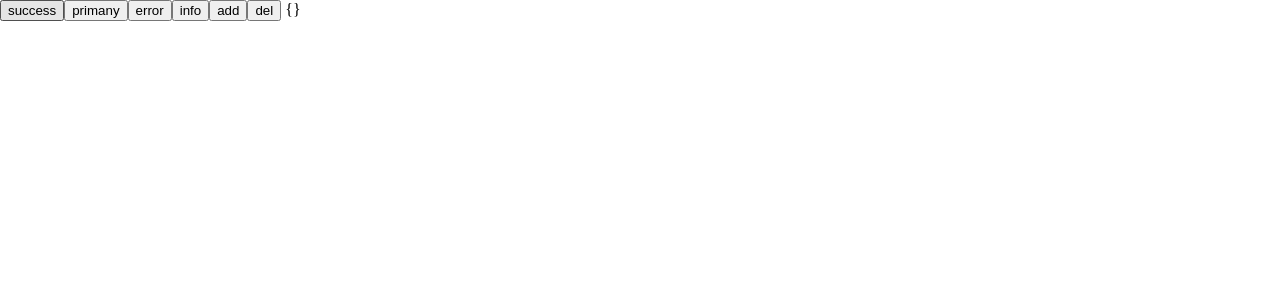
Repository: loooseFish/Jenkins_Case
Page: /
An editor plug-in stored every save of this project. The page is shown before and after the next save, followed by the edit.
The browser window is 1280 px wide. The pictures show the whole page.
The project was rebuilt for these pictures with package versions that can differ from the ones it lists, and the page was loaded fresh each time. Also part of the build but not shown: vue.config.js.

Above is the page before, as saved 2024-05-13 19:27:30.

After the next save:
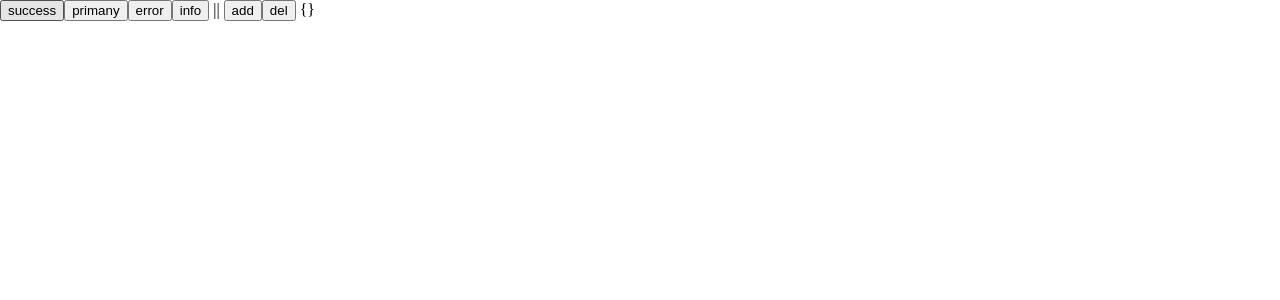
Saved 4 s later.
--- a/src/App.vue
+++ b/src/App.vue
@@ -5,7 +5,7 @@
     <button @click="$msg.show({ type: 'error' });">error</button>
     <button @click="$msg.show({ type: 'info' });">info</button>
     <!--  -->
-
+    ||
     <button @click="add">add</button>
     <button @click="del">del</button>
     {{ set }}
